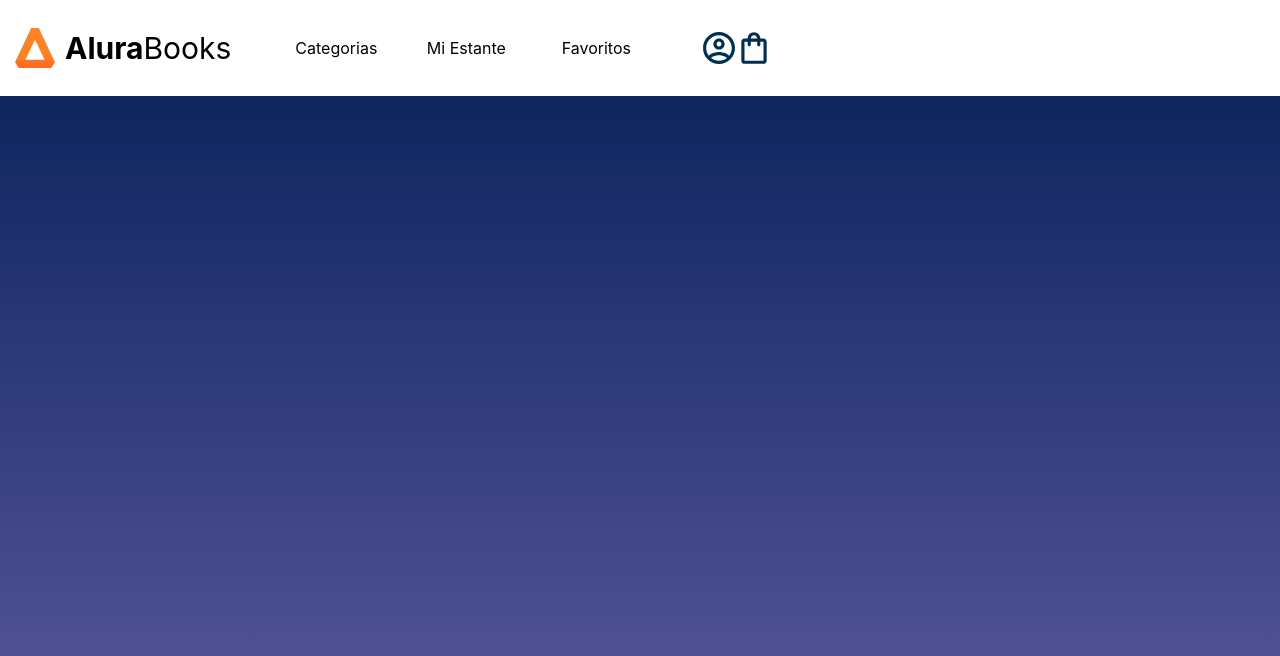
Repository: SandroG1977/Alura.Books
Page: /
The author's editor kept a copy of each file at every save. The page is drawn from the files as they stood at one save, then again after the next save.
The browser window is 1280 px wide. The pictures show the whole page.
The project was rebuilt for these pictures with package versions that can differ from the ones it lists, and the page was loaded fresh each time.

Above is the page before, as saved 2026-04-08 02:05:07.

### src/App.js
import './App.css';
import Logo from './components/logo';
import perfil from './images/perfil.svg';
import carrito from './images/sacola.svg';

const textoOpciones = ['Categorias', 'Mi Estante', 'Favoritos'];
const iconosOpciones = [perfil, carrito];

function App() {
  return (
    <div className="App">
      <header className="App-header">
        <Logo />
        <ul className='opciones'>
          {textoOpciones.map((opcion, index) => (
            <li key={index} className='opcion'><p>{opcion}</p></li>
          ))}
        </ul>
        <ul className="iconos">
          {iconosOpciones.map((icono, index) => (
            <li key={index} className='icono'><img src={icono} alt={`Icono ${index}`} /></li>
          ))}
        </ul>
      </header>
    </div>
  );
}

export default App;

### src/App.css
.App {width: 100vw;
  height: 100vh;
  background-image: linear-gradient(to bottom, #031e55, #57559b);

}

.App-header {
  background-color: white;
  display: flex;
}

li{
    list-style: none;
}
.opciones{
    display: flex;
}
.opcion{
  font-size: 16px;
  display: flex;
  justify-content: center;
  align-items: center;
  text-align: center;
  height: 100%;
  padding: 0 5px;
  cursor: pointer;
  min-width: 120px;

}

.iconos{
    display: flex;
    alighn-items: center;
}

.icono{
    display: flex;
    width: 25px;
    height: 25px;
    justify-content: center;
    align-items: center;
    text-align: center;
    height: 100%;
    padding: 0 5px;
    cursor: pointer;
}

### src/components/logo/index.js
import logo from '../../images/logo.svg';
import './styles.css';

function Logo() {
    return (
        <div className="logo">
            <img className='logo_img' src={logo} alt="Logo Alura Books" />
            <p><strong>Alura</strong>Books</p>
        </div>
    );
}

export default Logo;

### src/components/logo/styles.css
.logo{
    display: flex;
    font-size: 30px;
    margin-left: 5px;
}
.logo_img{
    margin: 10px;
}

Loaded but not shown: public/index.html (common file); src/index.js (common file); src/index.css (common file); src/reportWebVitals.js (common file)

After the next save:
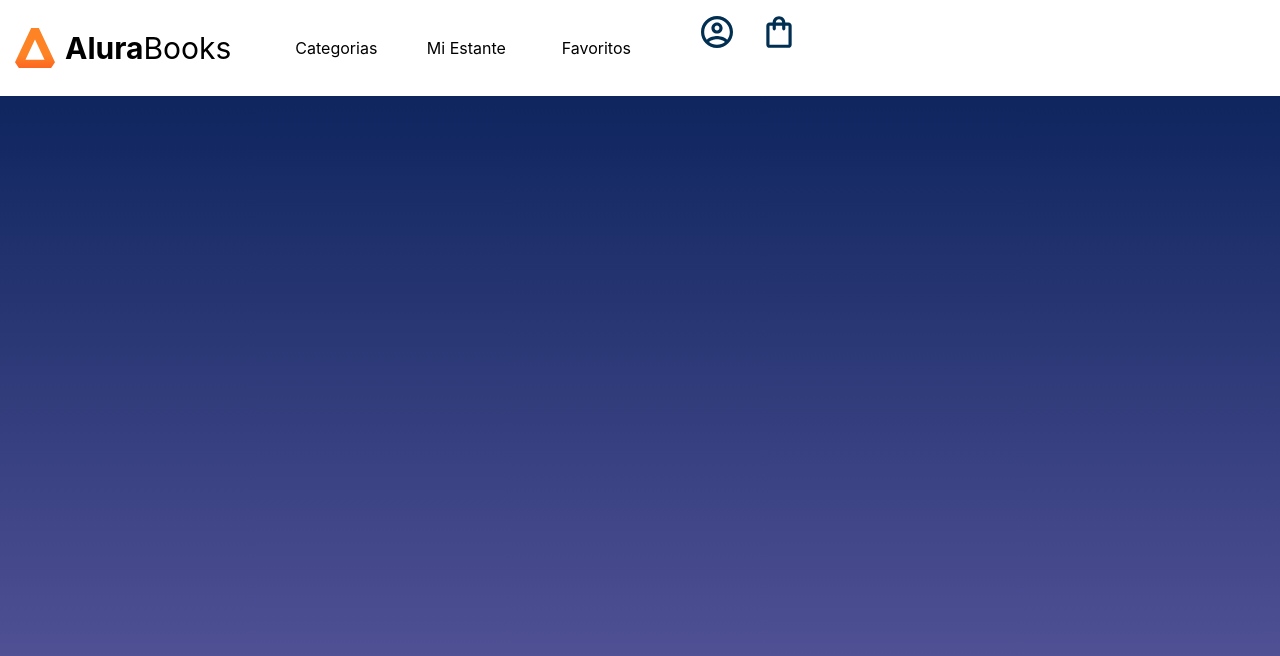
Saved 81 s later.
--- a/src/App.css
+++ b/src/App.css
@@ -34,13 +34,6 @@
 }
 
 .icono{
-    display: flex;
-    width: 25px;
-    height: 25px;
-    justify-content: center;
-    align-items: center;
-    text-align: center;
-    height: 100%;
-    padding: 0 5px;
-    cursor: pointer;
+    width: 40px;
+    margin-right: 25px;
 }
